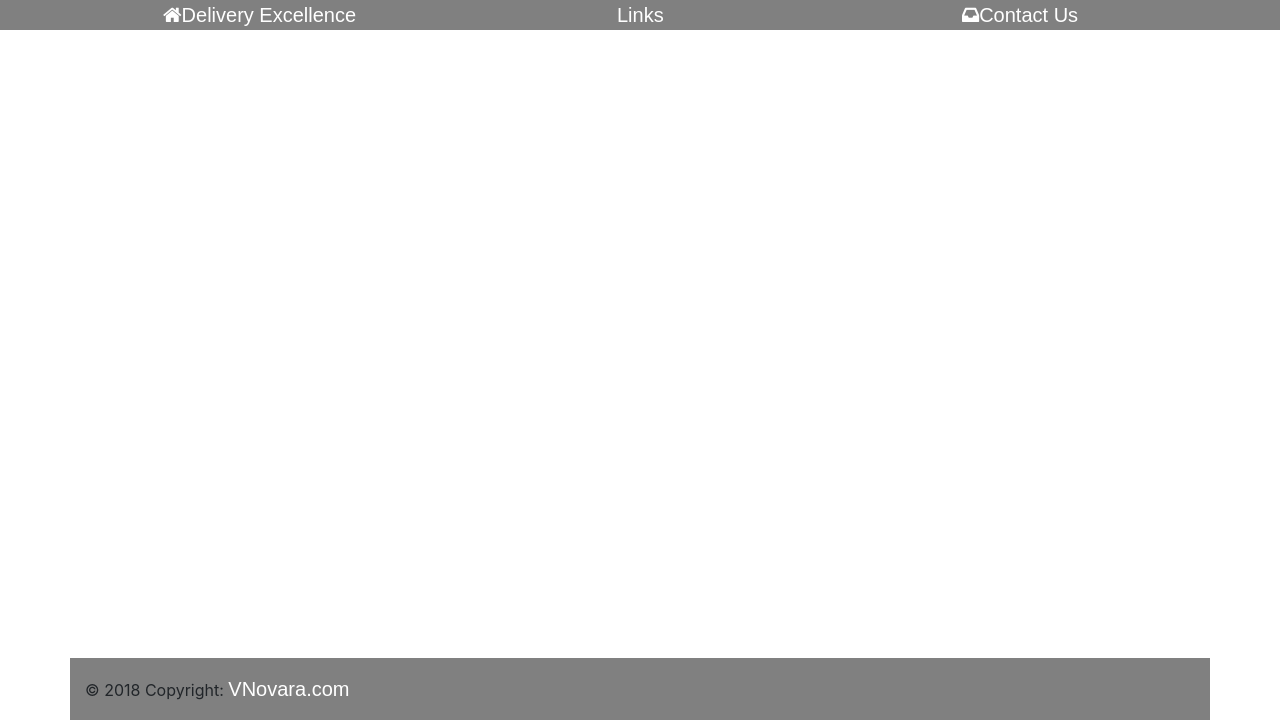
Repository: valenovi76/DeliveryExcellence
Page: index.html
The author's editor kept a record of every edit. The page is drawn from the files as they stood at one moment, then again after the next edit.
The browser window is 1280 px wide. The pictures show the whole page.

Above is the page before.

After the next edit:
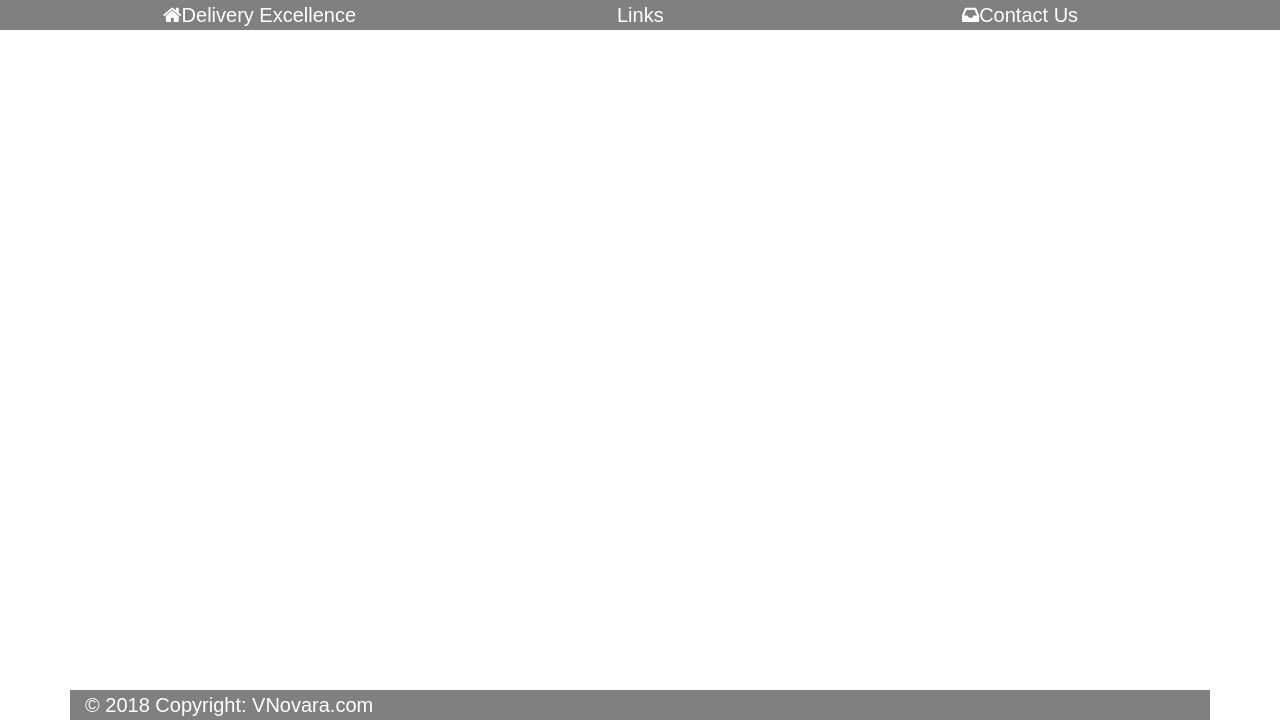
The edit:
--- a/index.html
+++ b/index.html
@@ -28,9 +28,9 @@
     </header>
     <section></section>
 
-    <footer class="container fluid page-footer font-small blue fixed-bottom">
-                <div class="footer-copyright text-centre py-3">© 2018 Copyright:
-                    <a href="https://mdbootstrap.com/education/bootstrap/"> VNovara.com</a>
+    <footer class="container fluid font-small blue fixed-bottom">
+                <div class="footer-copyright">
+                    <a href="https://mdbootstrap.com/education/bootstrap/"> © 2018 Copyright: VNovara.com</a>
                 </div>
     </footer>
 
